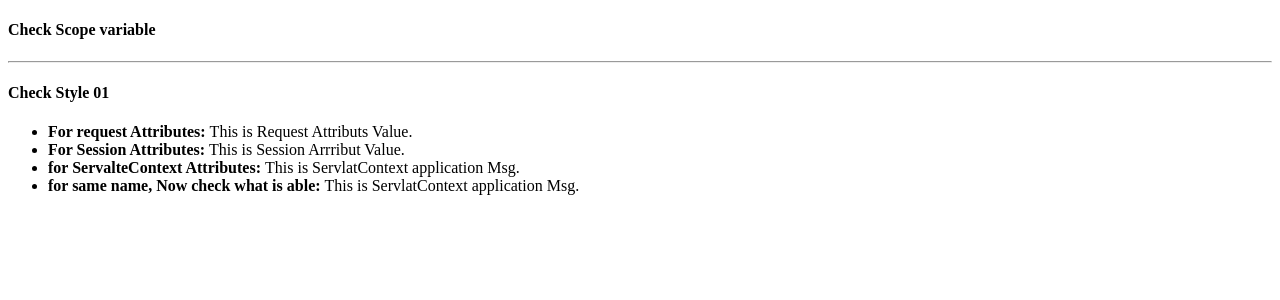
Repository: imrangthub/BlogUsingCoreJava
Page: http://localhost/StartingJsp_00/scopeVarCheck
The author's editor kept a copy of each file at every save. The page is drawn from the files as they stood at one save, then again after the next save.
The browser window is 1280 px wide. The pictures show the whole page.
The page is served by Tomcat 9.

Above is the page before, as saved 2016-12-25 14:08:53.

After the next save:
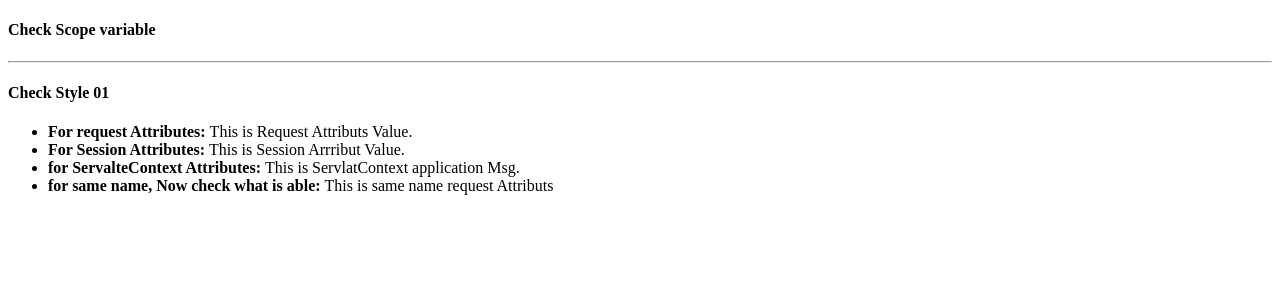
Saved 6 s later.
--- a/StartingJsp_00/WebContent/ExpressionLanguageOfJsp/scopeVarCheck1.jsp
+++ b/StartingJsp_00/WebContent/ExpressionLanguageOfJsp/scopeVarCheck1.jsp
@@ -14,7 +14,7 @@
 <li><b>For request Attributes: </b> ${ att1 } </li>
 <li><b>For Session Attributes: </b> ${ att2 } </li>
 <li><b>for ServalteContext Attributes: </b> ${ att3 } </li>
-<li><b>for same name, Now check what is able: </b> ${ att3 } </li>
+<li><b>for same name, Now check what is able: </b> ${ same } </li>
 </ul>
 
 
